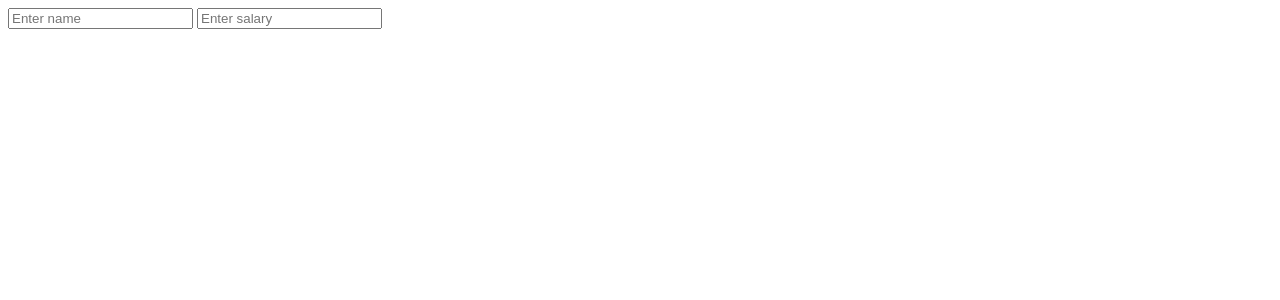
Repository: dhileepankruschev/spring-training
Page: http://localhost/Member/list.jsp
An editor plug-in stored every save of this project. The page is shown before and after the next save, followed by the edit.
The browser window is 1280 px wide. The pictures show the whole page.
The page is served by Tomcat 9. Nobody is signed in. The application's start-up code is not run.

Above is the page before, as saved 2016-06-27 05:41:53.

After the next save:
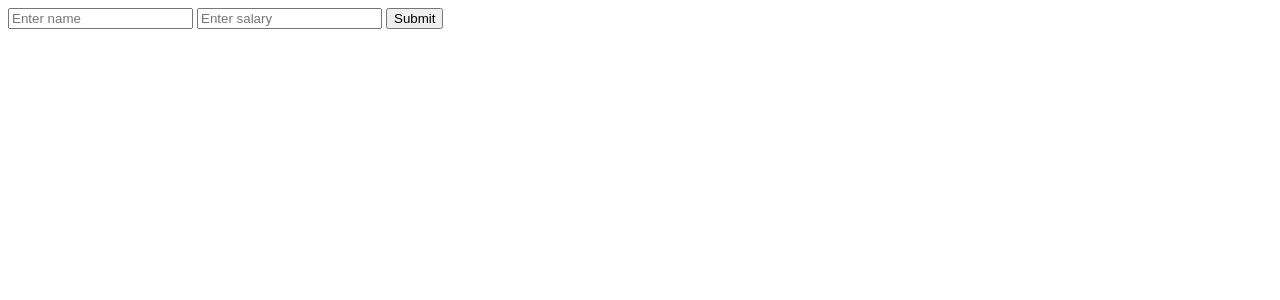
Saved 2 min 31 s later.
--- a/Member/src/main/webapp/list.jsp
+++ b/Member/src/main/webapp/list.jsp
@@ -12,6 +12,7 @@
 <form method="POST" action="member/add">
 <input type=text name="name" placeholder="Enter name"/>
 <input type=text name="salary" placeholder="Enter salary"/>
+<input type=submit name="Register Member"/>
 </form>
 
 </body>
